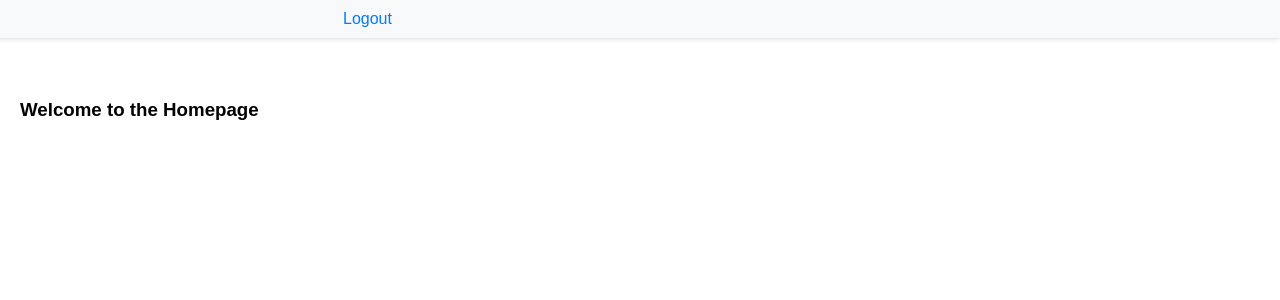
Repository: Faisal-Abdo/Savings_App_Django
Page: http://localhost/home/
These files come from the project's save history. The page is drawn as it stood at one moment and after the next save; the edit follows.
The browser window is 1280 px wide. The pictures show the whole page.
The page is served by the project's application, run on Django 4.2 (manage.py).

Above is the page before, as saved 2024-07-24 23:51:05.

After the next save:
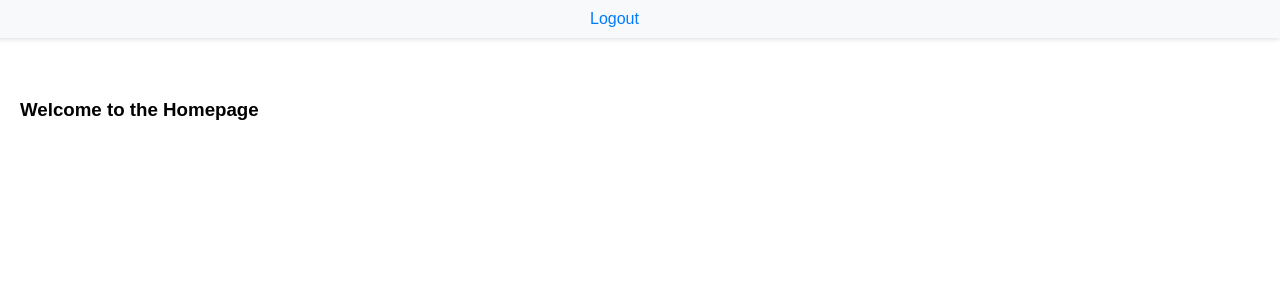
Saved 10 s later.
--- a/registration/templates/home.html
+++ b/registration/templates/home.html
@@ -23,7 +23,7 @@
             text-decoration: none;
             color: #007bff;
             font-size: 16px;
-            margin-left: 353px;
+            margin-left: 600px;
         }
         .header a:hover {
             text-decoration: underline;
